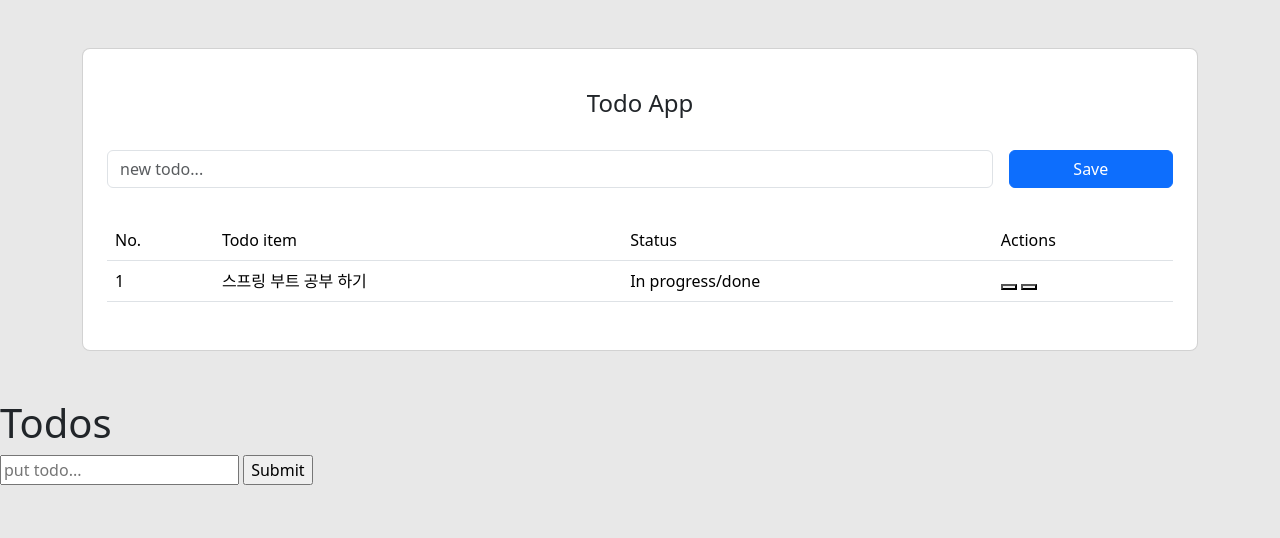
Repository: PungFackMo/springbootwork
Page: http://localhost/todos
These files come from the project's save history. The page is drawn as it stood at one moment and after the next save; the edit follows.
The browser window is 1280 px wide. The pictures show the whole page.
The page is this project's Thymeleaf template; nobody is signed in. The template is opened directly, without the code that normally fills it, so the values that code supplies are empty.

Above is the page before, as saved 2024-06-17 06:13:53.

### TodoApp/src/main/resources/templates/todos.html
<!DOCTYPE html>
<html>
	<head>
		<meta charset="UTF-8">
		<title>Insert title here</title>
			<link href="https://cdn.jsdelivr.net/npm/bootstrap@5.3.3/dist/css/bootstrap.min.css" rel="stylesheet" integrity="sha384-QWTKZyjpPEjISv5WaRU9OFeRpok6YctnYmDr5pNlyT2bRjXh0JMhjY6hW+ALEwIH" crossorigin="anonymous">
		<style>
			body{
				background: #e8e8e8;
			}
		</style>
	</head>
	<body>
		<!-- templates/todos.html -->
		<section class="container py-5 h-100">
			<div class="justify-content-center align-items-venter h-100">
				<div class="card rounded-3">
					<div class="card-body p-4">
						<h4 class="text-center my-3 pb-3">Todo App</h4>

						<form
							th:action="@{/put}" method="post"
							class="row justify-content-center align-items-venter mb-4 pb-2 g-3"
						>
							<div class="col-10">
								<div class="form-outline">
									<input id="put-todo" type="text" class="form-control"
										placeholder="new todo..." name="content"
									>
									<!--
									<label class="form-Label" for ="psut-todo">new todo</label>
									 -->
								</div>
							</div>
							<div class="col-2 d-grid gap-2 mx-auto">
								<button type="submit" class="btn btn-primary">Save</button>
							</div>
						</form>
						<table class="table mb-4">
							<thead>
								<tr>
									<td>No.</td>
									<td>Todo item</td>
									<td>Status</td>
									<td>Actions</td>
								</tr>
							</thead>
							<tbody>
								<tr>
									<td>1</td>
									<td>스프링 부트 공부 하기</td>
									<td>In progress/done</td>
									<td>
										<button></button>
										<button></button>
									</td>
								</tr>
							</tbody>
						</table>
					</div>
				</div>
			</div>
		</section>
		<h1>Todos</h1>
		<!--
			get방식 요청: 주소창에 데이터가 노출
			post방식 요청 : 주소창에 데이터가 노출 안됨
		 -->
		<form th:action="@{/put}" method="post">
			<input name="content" placeholder="put todo...">
			<input type="submit">
		</form>

		<div th:each="todo:${todos}">
			<div th:text="${todo.id}"></div>
			<div th:text="${todo.content}"></div>
			<div th:text="${todo.completed}"></div>
		</div>
		<script src="https://cdn.jsdelivr.net/npm/bootstrap@5.3.3/dist/js/bootstrap.bundle.min.js" integrity="sha384-YvpcrYf0tY3lHB60NNkmXc5s9fDVZLESaAA55NDzOxhy9GkcIdslK1eN7N6jIeHz" crossorigin="anonymous"></script>
	</body>
</html>

After the next save:
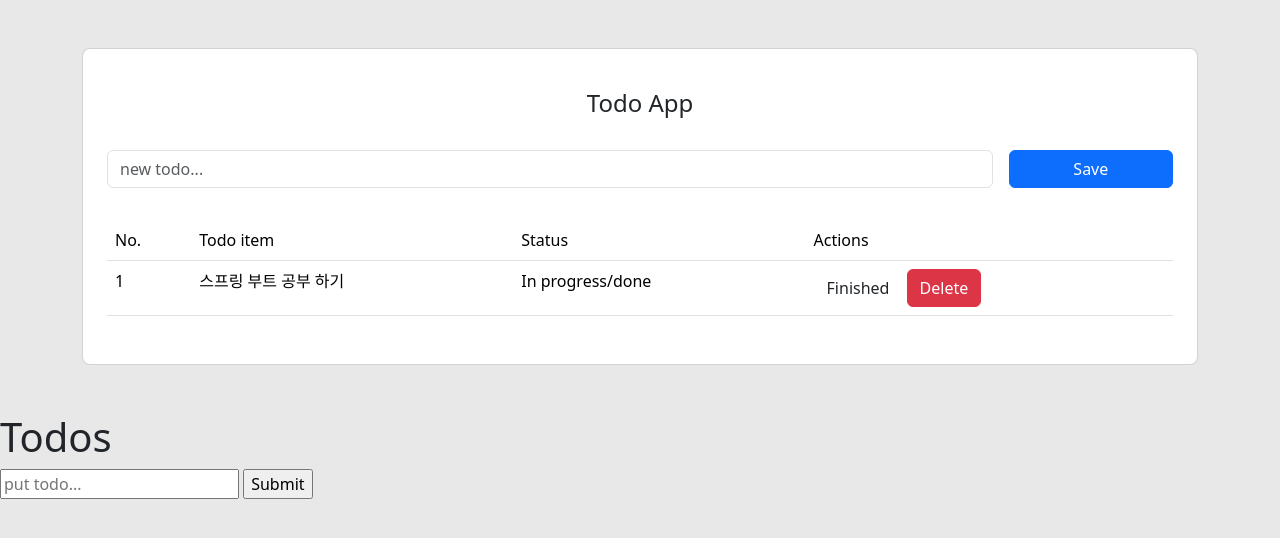
Saved 2 min 3 s later.
--- a/TodoApp/src/main/resources/templates/todos.html
+++ b/TodoApp/src/main/resources/templates/todos.html
@@ -51,8 +51,8 @@
 									<td>스프링 부트 공부 하기</td>
 									<td>In progress/done</td>
 									<td>
-										<button></button>
-										<button></button>
+										<button class="btn btn-sucess">Finished</button>
+										<button class="btn btn-danger">Delete</button>
 									</td>
 								</tr>
 							</tbody>
